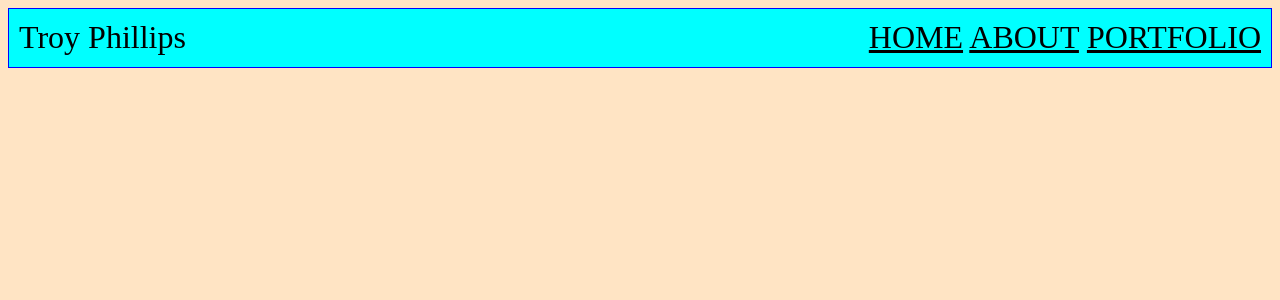
Repository: TheTroyPhillips/Personal-website
Page: index.html
An editor plug-in stored every save of this project. The page is shown before and after the next save, followed by the edit.
The browser window is 1280 px wide. The pictures show the whole page.

Above is the page before, as saved 2023-09-10 22:11:12.

### index.html
<!DOCTYPE html>
<html lang="en">
<head>
    <meta charset="UTF-8">
    <meta name="viewport" content="width=device-width, initial-scale=1.0">
    <title>Document</title>
    <link rel="stylesheet" href="style.css">
</head>
<body>

    <div class="parent">
        <div class="child">
            <span class="myname">Troy Phillips</span>
        <nav class="pages">
            <a class="active" href="/">HOME</a>
            <a href="/about.html">ABOUT</a>
            <a href="/portfolio.html">PORTFOLIO</a>
        </div>

    </div>

</body>
</html>

### style.css
.child{
    width: 100%;
    height: 60px;
    border: 1px solid blue;
    display: inline-block;
    box-sizing: border-box;
    background-color: aqua;
    padding: 10px;
}
.myname{
    float: left;
    font-size: 2rem;
}
.pages{
    float: right;
    font-size: 2rem;
}
.pages a.active{
    color: inherit;
}
.pages a{
    color: inherit;
}
body{
    background-color: bisque;
}

After the next save:
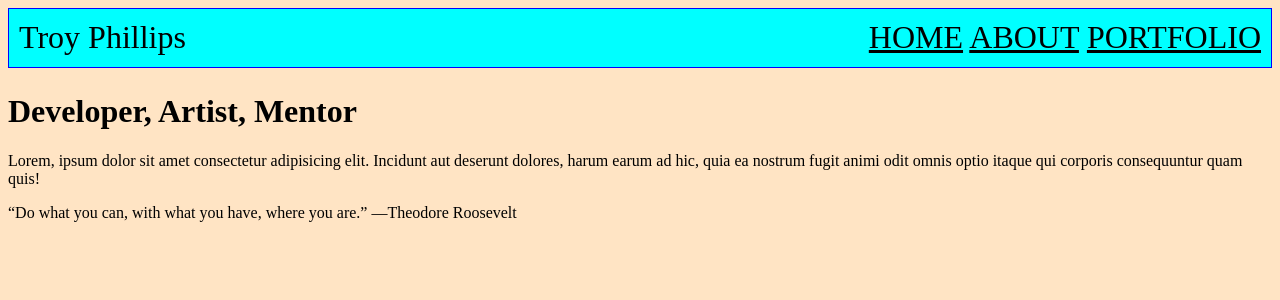
Saved 67 s later.
--- a/index.html
+++ b/index.html
@@ -18,6 +18,14 @@
         </div>
 
     </div>
+    <h1>Developer, Artist, Mentor</h1>
+      <main>
+        Lorem, ipsum dolor sit amet consectetur adipisicing
+         elit. Incidunt aut deserunt dolores, harum earum ad
+          hic, quia ea nostrum fugit animi odit omnis optio
+         itaque qui corporis consequuntur quam quis!
+      </main>
 
+      <p>“Do what you can, with what you have, where you are.” ―Theodore Roosevelt</p>
 </body>
 </html>
